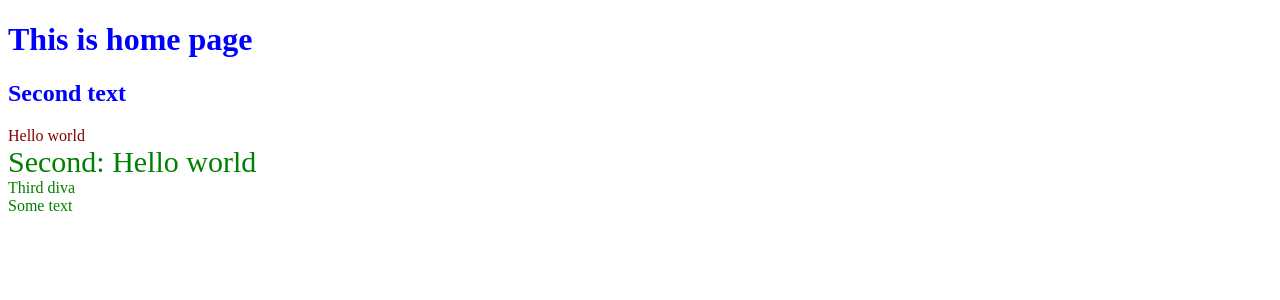
Repository: Vincerenko/Web-site
Page: http://localhost/index
These files come from the project's save history. The page is drawn as it stood at one moment and after the next save; the edit follows.
The browser window is 1280 px wide. The pictures show the whole page.
The page is this project's Thymeleaf template; nobody is signed in. The template is opened directly, without the code that normally fills it, so the values that code supplies are empty.

Above is the page before, as saved 2021-03-12 18:37:45.

### ckj_13_mvc/src/main/resources/templates/index.html
<!DOCTYPE html>
<html>
<head>
<meta charset="UTF-8">
<title>Home page</title>
<link rel="stylesheet" href="/style/demo.css">
</head>

<body>
	<div>
		<h1>This is home page</h1>
		<h2>Second text</h2>
		<div id="first">Hello world</div>
		<div class="green_text big_text">Second: Hello world</div>
		<div class="green_text">Third diva</div>
		<span class="green_text">Some text</span>
	</div>
</body>
</html>

### ckj_13_mvc/src/main/resources/static/style/demo.css
@charset "UTF-8";
h1,h2 {
	color: blue;
	}
#first {
color:maroon;
}

.green_text{
 	color:green;
}
.big_text{
font-size: 30px;
}

After the next save:
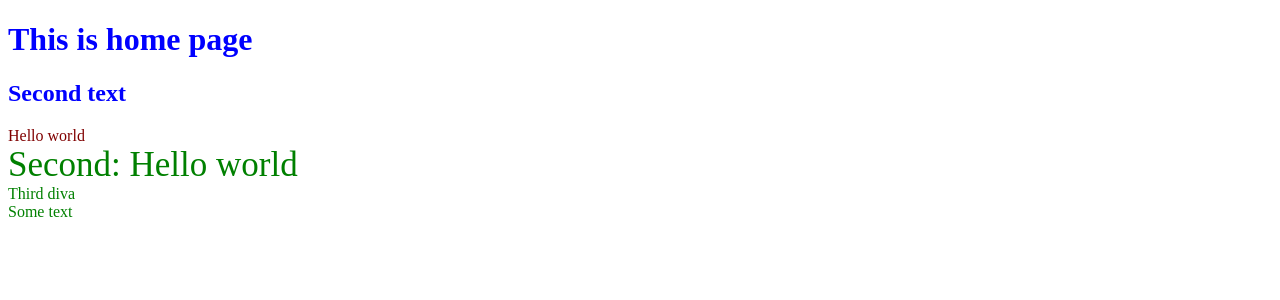
Saved 69 s later.
--- a/ckj_13_mvc/src/main/resources/static/style/demo.css
+++ b/ckj_13_mvc/src/main/resources/static/style/demo.css
@@ -10,5 +10,5 @@ color:maroon;
  	color:green;
 }
 .big_text{
-font-size: 30px;
+font-size: 35px;
 }
